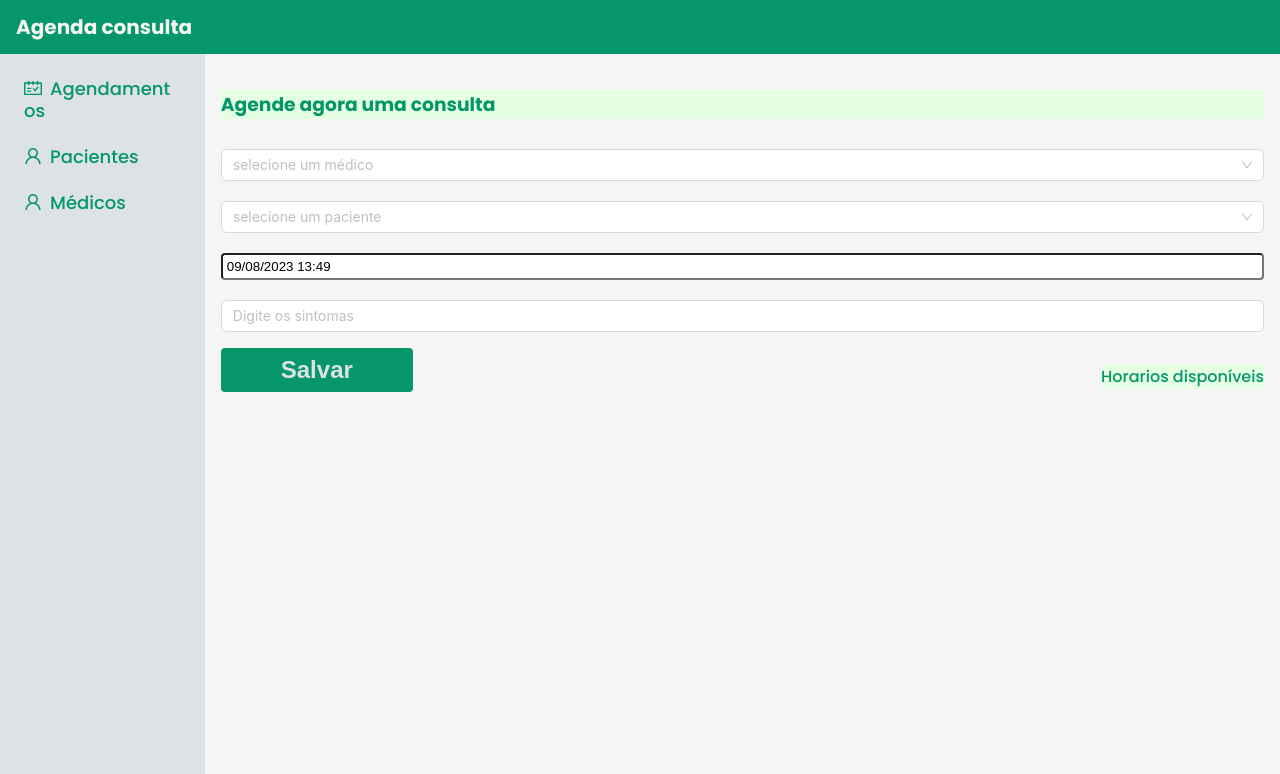
Repository: BarbaraCD/agendaconsulta
Page: /appointments
The author's editor kept a copy of each file at every save. The page is drawn from the files as they stood at one save, then again after the next save.
The browser window is 1280 px wide. The pictures show the whole page.
The page's requests for data from a server got no answer. The project was rebuilt for these pictures with package versions that can differ from the ones it lists, and the page was loaded fresh each time. No one was signed in, and anything a server would have sent is missing. Also part of the build but not shown: vite.config.ts, src/styles/StyleList.ts, src/components/Doctors.tsx, src/styles/InputContainer.ts, src/components/InputDoctors.tsx, src/styles/CreateContainer.ts, src/components/CreateDoctor.tsx, src/components/Patients.tsx and 3 more.

Above is the page before, as saved 2023-08-10 09:20:05.

After the next save:
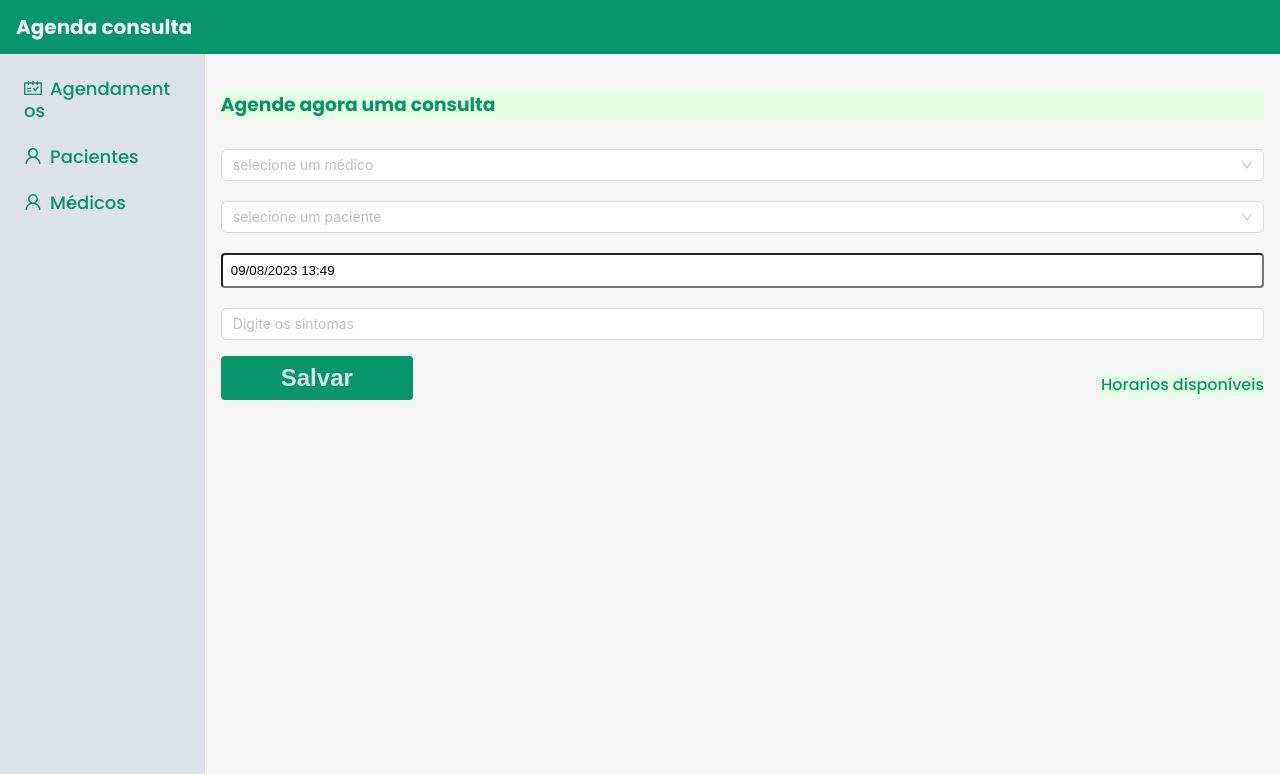
Saved 5 s later.
--- a/src/styles/Appointments.ts
+++ b/src/styles/Appointments.ts
@@ -78,5 +78,5 @@ export const StyledModal = styled(Modal)`
 export const StyledDatepicker = styled(DatePicker)`
     width: 100%;
     border-radius: 4px;
-    padding: 4px;
+    padding: 8px;
 `
